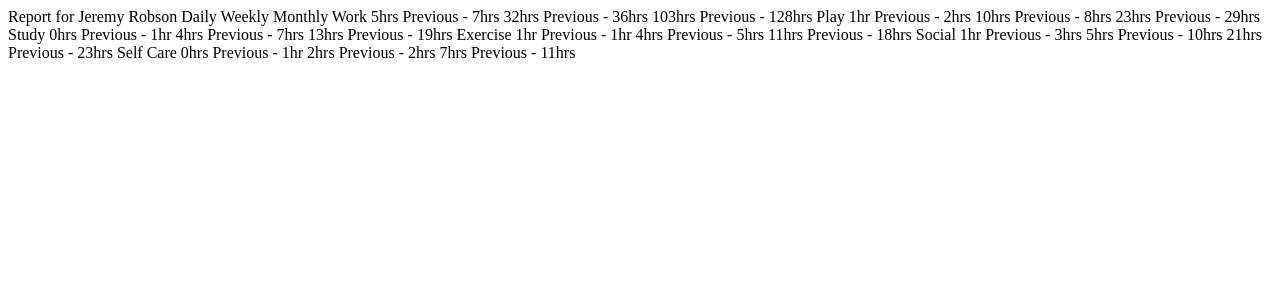
Repository: 3mr-5aled/time-tracking-dashboard-Junior
Page: index.html
The author's editor kept a copy of each file at every save. The page is drawn from the files as they stood at one save, then again after the next save.
The browser window is 1280 px wide. The pictures show the whole page.

Above is the page before, as saved 2022-12-27 14:34:56.

After the next save:
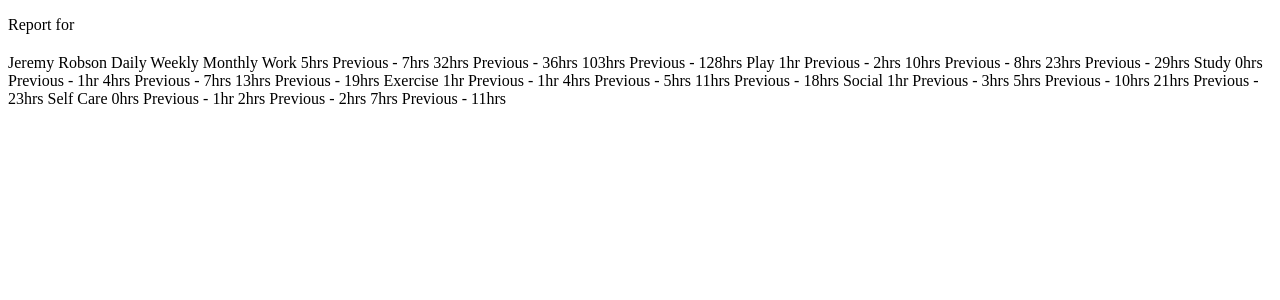
Saved 66 s later.
--- a/index.html
+++ b/index.html
@@ -27,7 +27,9 @@
     </style>
   </head>
   <body>
-    Report for Jeremy Robson Daily Weekly Monthly Work 5hrs
+    <p>Report for</p>
+    <h2></h2>
+    Jeremy Robson Daily Weekly Monthly Work 5hrs
     <!-- daily -->
     Previous - 7hrs
     <!-- daily -->
